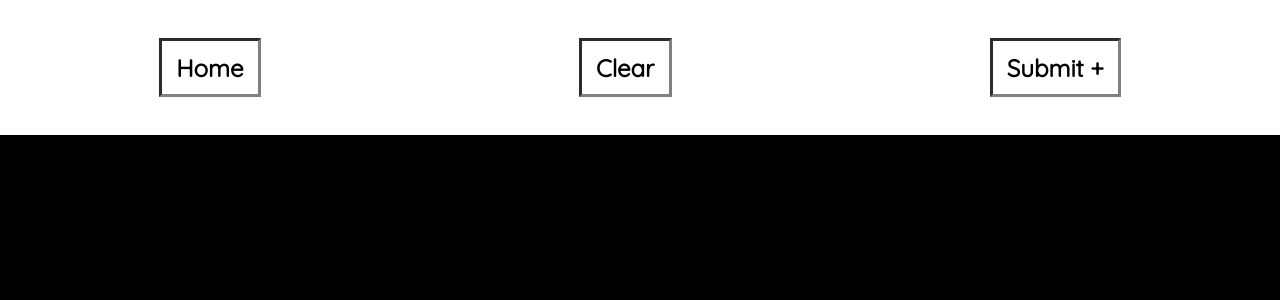
Repository: rickypcyt/WebMural
Page: /
An editor plug-in stored every save of this project. The page is shown before and after a run of saves, followed by the edit.
The browser window is 1280 px wide. The pictures show the whole page.
The project was rebuilt for these pictures with package versions that can differ from the ones it lists, and the page was loaded fresh each time.

Above is the page before, as saved 2022-09-12 13:35:35.

After the next 2 saves:
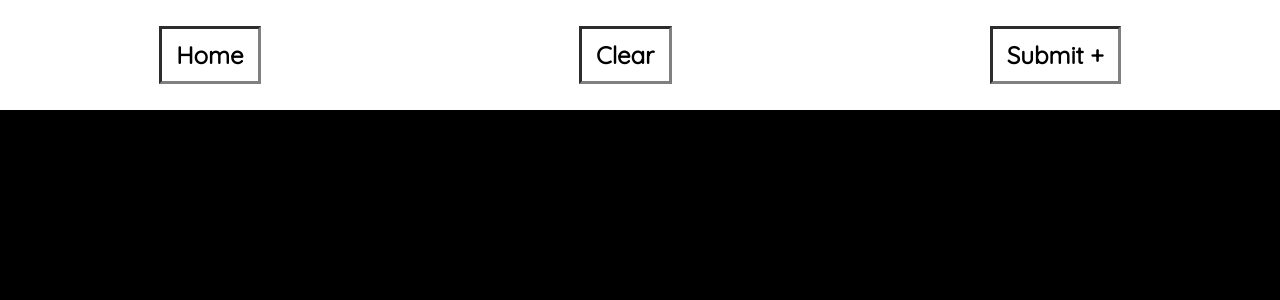
The 2 saves are shown as one change because they came seconds apart.
The last was saved 37 s later.
--- a/src/index.css
+++ b/src/index.css
@@ -88,8 +88,8 @@ ol {
   padding-bottom: 9%;
 }
 .cabeceranavi {
-  padding-bottom: 3%;
-  padding-top: 3%;
+  padding-bottom: 2%;
+  padding-top: 2%;
   background-color: white;
 }
 p {
